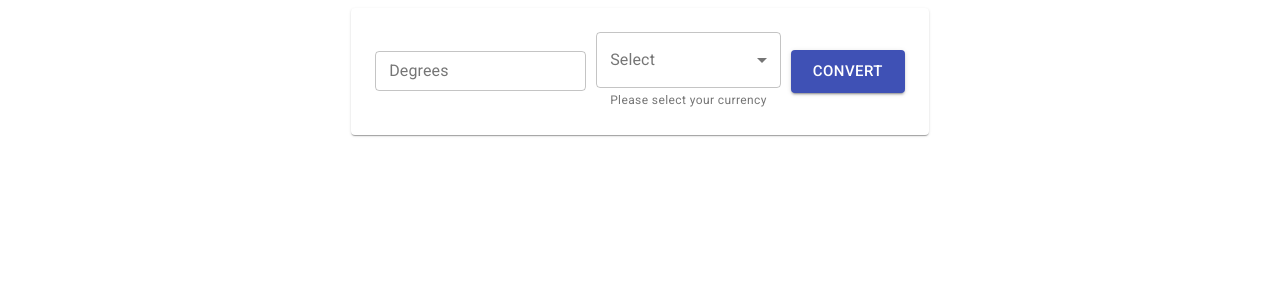
Repository: zum281/temperature-converter
Page: /
The author's editor kept a copy of each file at every save. The page is drawn from the files as they stood at one save, then again after the next save.
The browser window is 1280 px wide. The pictures show the whole page.
The project was rebuilt for these pictures with package versions that can differ from the ones it lists, and the page was loaded fresh each time. Also part of the build but not shown: src/index.css.

Above is the page before, as saved 2021-07-09 13:39:54.

After the next save:
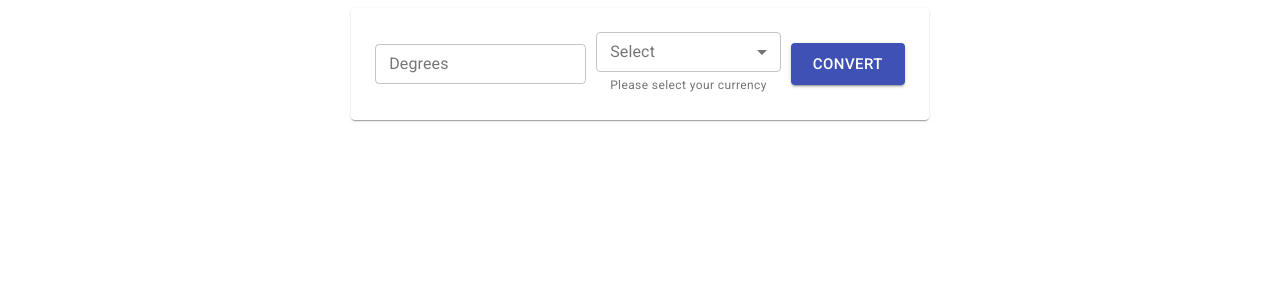
Saved 13 s later.
--- a/src/App.js
+++ b/src/App.js
@@ -42,6 +42,7 @@ function App() {
                         // onChange={}
                         helperText="Please select your currency"
                         variant="outlined"
+                        size="small"
                     >
                         {/* {currencies.map((option) => (
             <MenuItem key={option.value} value={option.value}>
